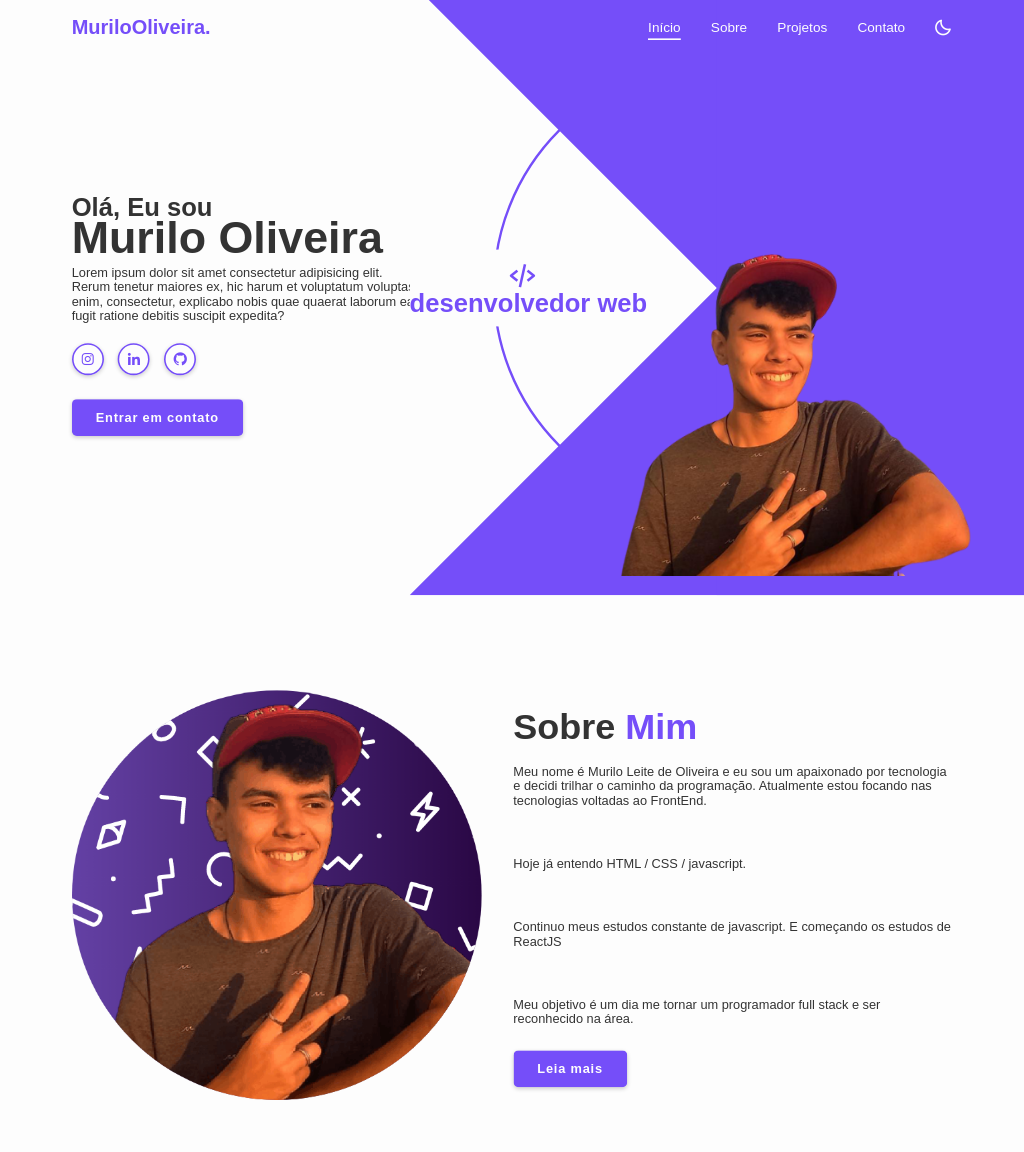
Repository: devMuriloOliveira/Portfolio-
Page: index.html
These files come from the project's save history. The page is drawn as it stood at one moment and after the next save; the edit follows.
The browser window is 1280 px wide. The pictures show the whole page, at 80% of full size.

Above is the page before, as saved 2023-03-11 16:12:24.

After the next save:
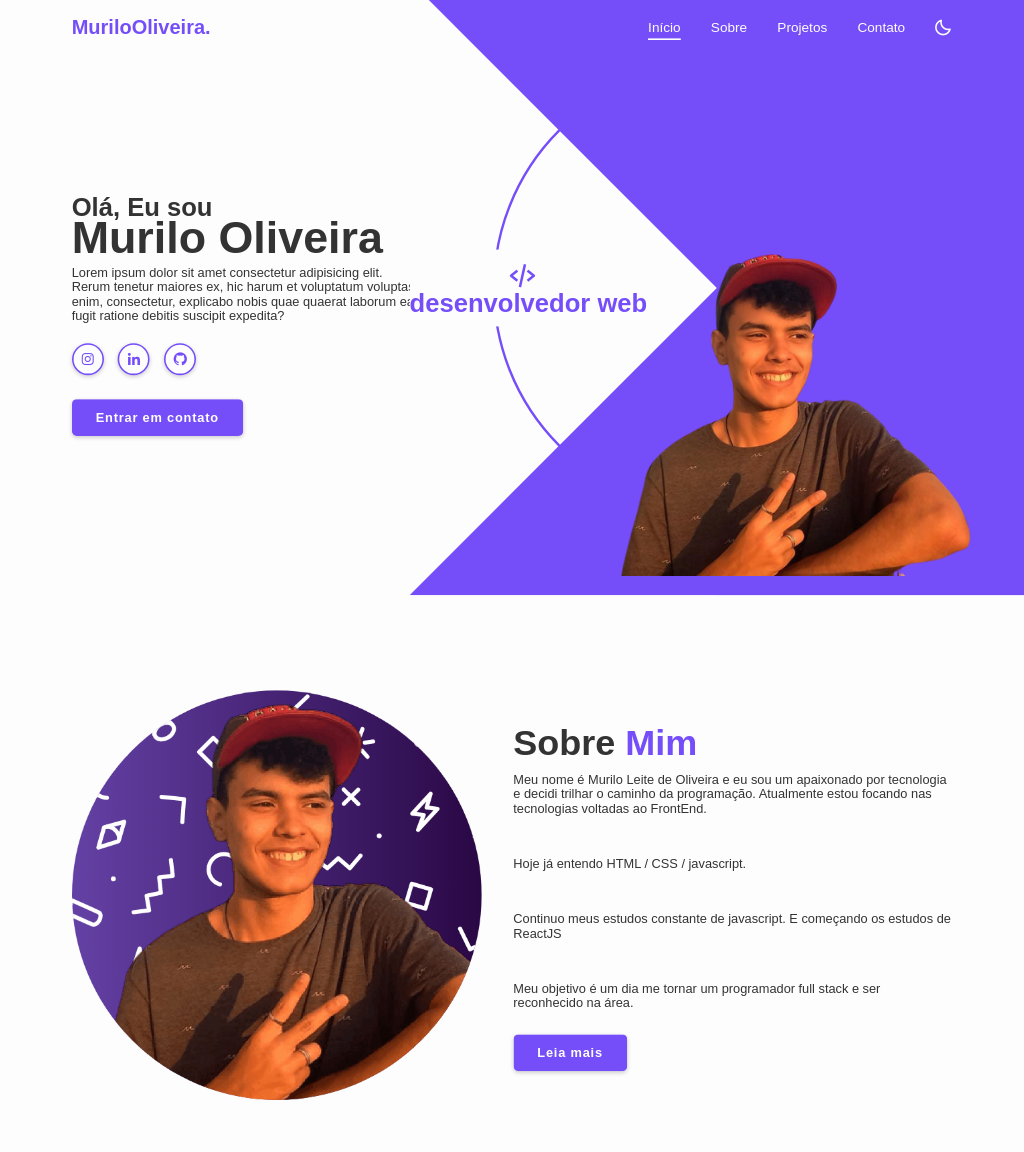
Saved 114 s later.
--- a/style.css
+++ b/style.css
@@ -254,5 +254,5 @@ span{
 
 .sobre-content p{
   font-size: 1.6rem;
-  margin: 2rem 0 3rem;
-}
+  margin: 1rem 0 3rem;
+}
